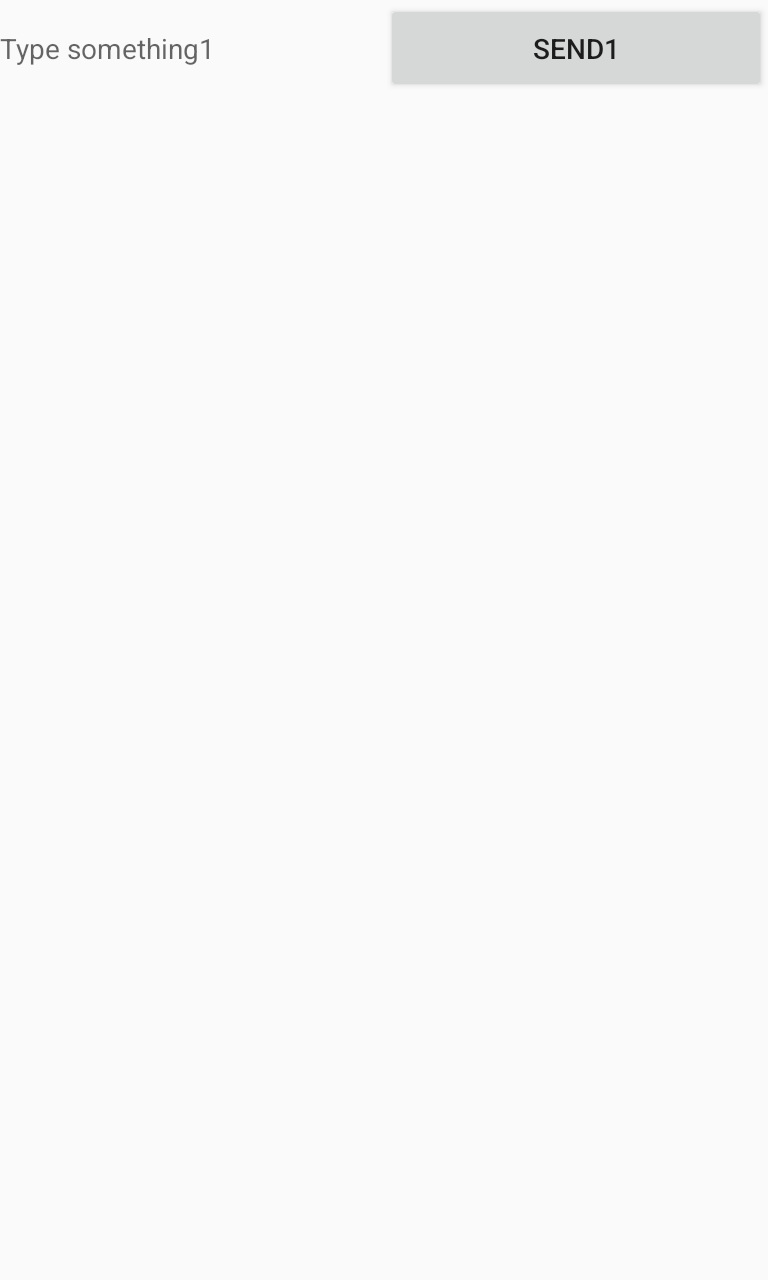
Repository: hohoTT/Android_summarize
Layout: UIWidgeTest/res/layout/layout_weight.xml
An editor plug-in stored every save of this project. The layout is shown before and after the next save, followed by the edit.
It is drawn on a 768 x 1280 px phone screen (xhdpi) without system bars, with theme AppTheme; the app's code is not run.

Above is the layout before, as saved 2016-02-23 11:58:41.

### UIWidgeTest/res/layout/layout_weight.xml
<LinearLayout xmlns:android="http://schemas.android.com/apk/res/android"
    android:layout_width="match_parent"
    android:layout_height="match_parent"
    android:orientation="vertical">

    <LinearLayout
        android:layout_width="match_parent"
	    android:layout_height="match_parent"
	    android:orientation="horizontal">

        <TextView
	        android:id="@+id/input_message1"
	        android:layout_width="0dp"
	        android:layout_height="wrap_content"
	        android:layout_weight="1"
	        android:hint="Type something1" />

    	<Button
	        android:id="@+id/send1"
			android:layout_width="0dp"
			android:layout_height="wrap_content"
			android:layout_weight="1"
	        android:text="Send1" />

    </LinearLayout>

    <LinearLayout
        android:layout_width="match_parent"
	    android:layout_height="match_parent"
	    android:orientation="horizontal">

        <TextView
	        android:id="@+id/input_message2"
	        android:layout_width="0dp"
	        android:layout_height="wrap_content"
	        android:layout_weight="1"
	        android:hint="Type something2" />

	    <Button
	        android:id="@+id/send2"
			android:layout_width="wrap_content"
			android:layout_height="wrap_content"
	        android:text="Send2" />

    </LinearLayout>



</LinearLayout>

Loaded but not shown: UIWidgeTest/res/values/styles.xml (common file); UIWidgeTest/res/values-v11/styles.xml (common file); UIWidgeTest/res/values-v14/styles.xml (common file)

After the next save:
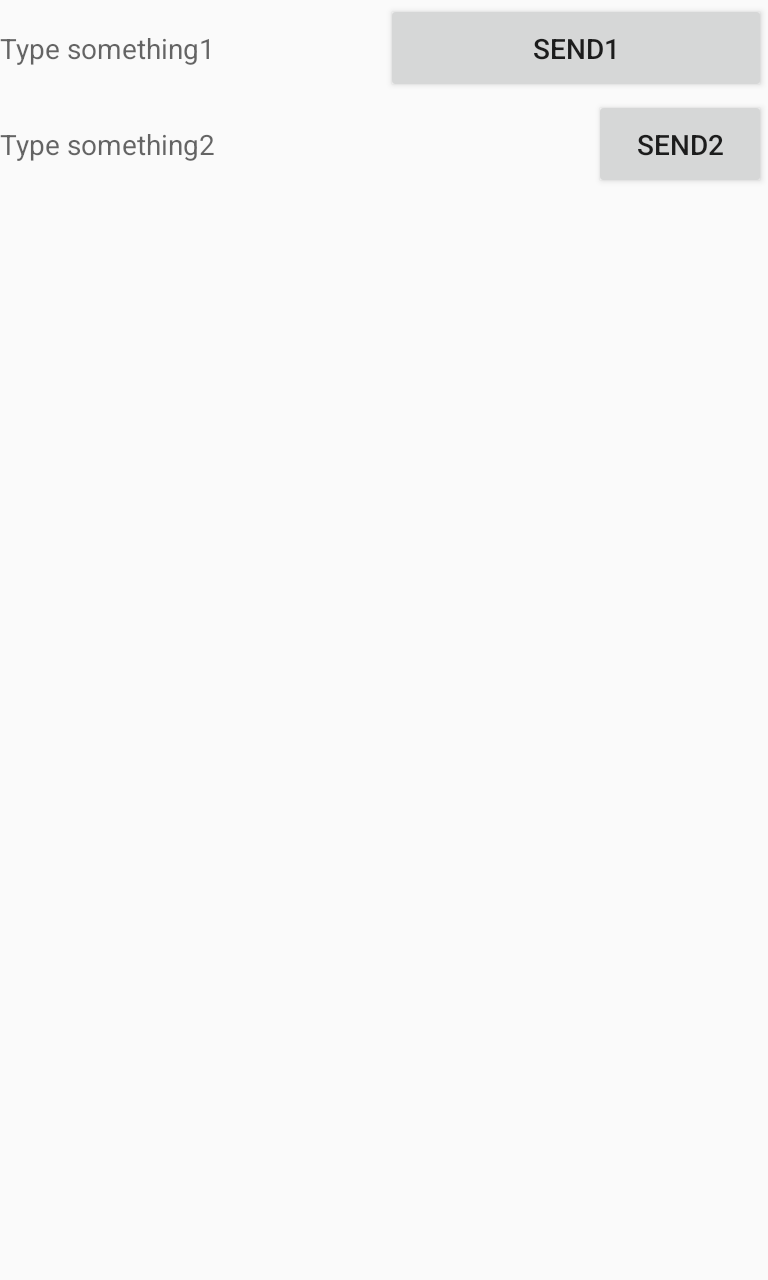
Saved 25 s later.
--- a/UIWidgeTest/res/layout/layout_weight.xml
+++ b/UIWidgeTest/res/layout/layout_weight.xml
@@ -5,7 +5,7 @@
 
     <LinearLayout
         android:layout_width="match_parent"
-	    android:layout_height="match_parent"
+	    android:layout_height="wrap_content"
 	    android:orientation="horizontal">
 
         <TextView
@@ -26,7 +26,7 @@
 
     <LinearLayout
         android:layout_width="match_parent"
-	    android:layout_height="match_parent"
+	    android:layout_height="wrap_content"
 	    android:orientation="horizontal">
 
         <TextView
